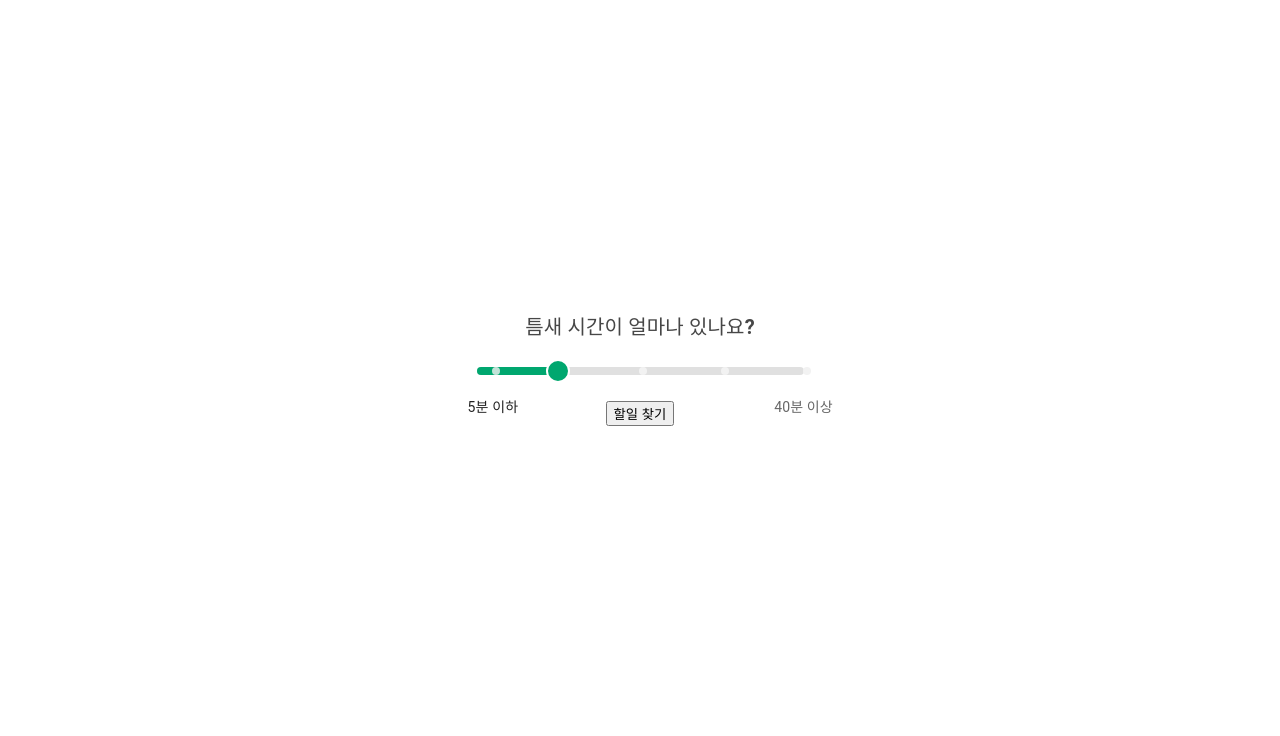
Repository: Tickley-Team/Tickley
Page: /survey
The author's editor kept a copy of each file at every save. The page is drawn from the files as they stood at one save, then again after a run of saves.
The browser window is 1280 px wide. The pictures show the whole page.
The project was rebuilt for these pictures with package versions that can differ from the ones it lists, and the page was loaded fresh each time. Also part of the build but not shown: vite.config.ts, src/pages/Todos.tsx, src/hooks/useCategoryNames.tsx, src/hooks/useFilteredTodos.tsx, src/hooks/useLocalStorage.ts, src/utils.ts, src/pages/TodosFind.tsx, src/pages/Home.tsx and 8 more.

Above is the page before, as saved 2024-12-08 18:29:37.

After the next 2 saves:
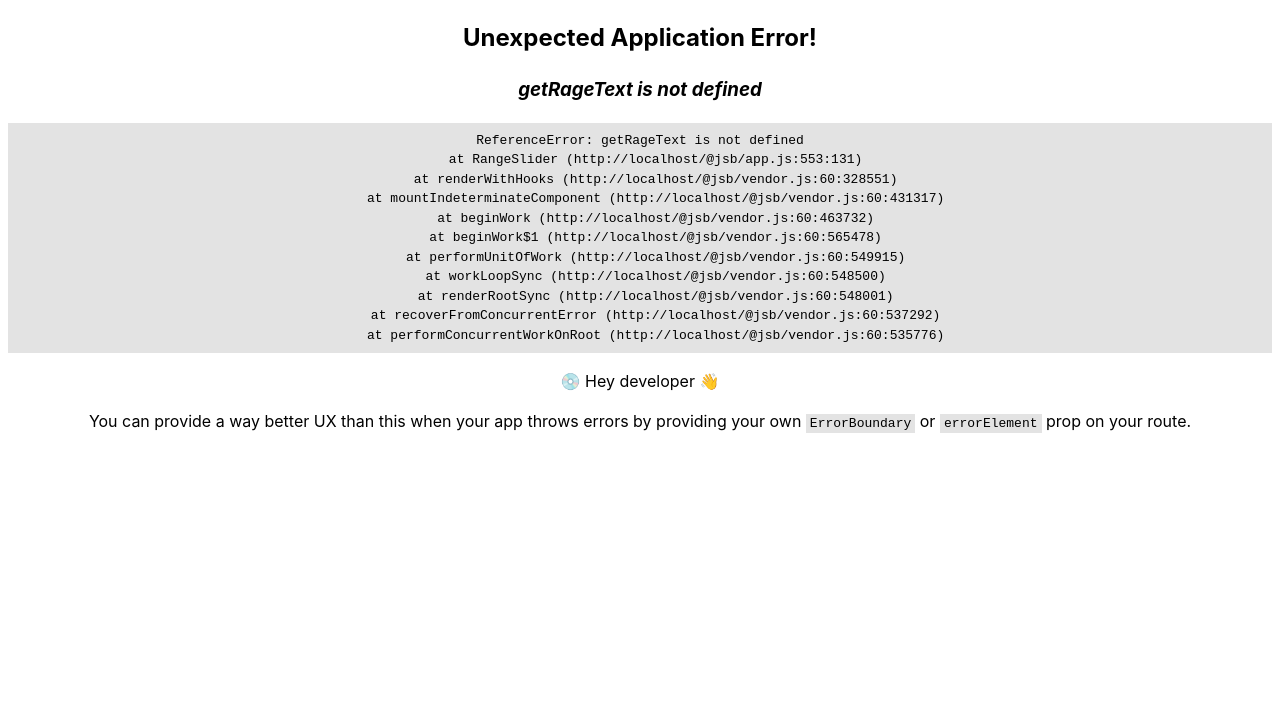
Console error: ReferenceError: getRageText is not defined
The 2 saves are shown as one change because they came seconds apart.
The last was saved 11 s later.
--- a/src/components/RangeSlider.tsx
+++ b/src/components/RangeSlider.tsx
@@ -10,9 +10,7 @@ const rangeMapper = [
   { value: 75, label: '', displayText: '25분~35분' },
   { value: 100, label: '40분 이상', displayText: '40분 이상' },
 ]
-const getRageText = () => {
-  const rangeMapper = [{ value: 5 }]
-}
+
 export const RangeSlider = ({ ...restProps }: RangeSliderProps) => {
   const { spareTime, setSpareTime } = useRecommendTodoFilterStore()
 
